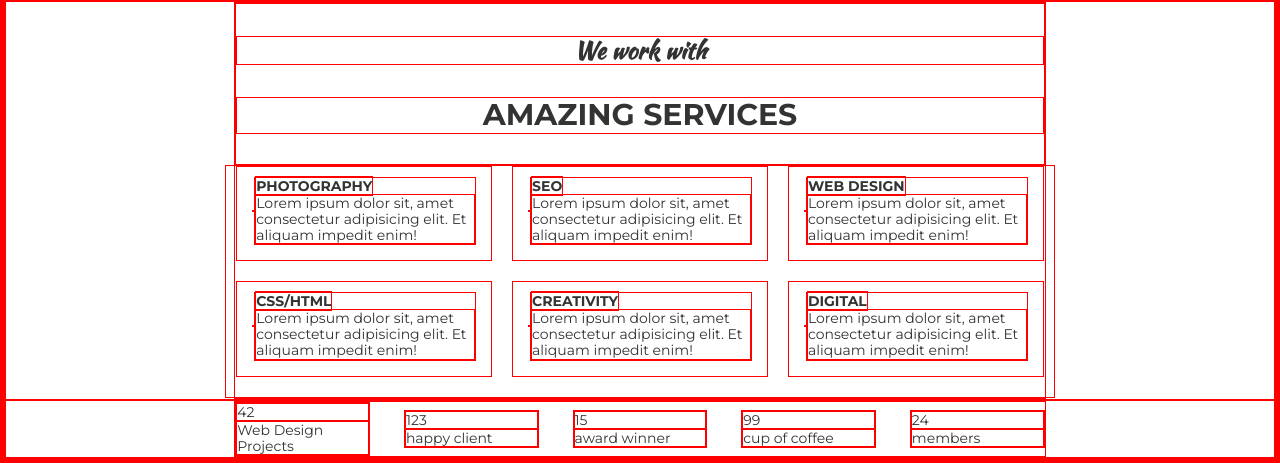
Repository: nataliiasaltan/Homework
Page: index.html
The author's editor kept a copy of each file at every save. The page is drawn from the files as they stood at one save, then again after the next save.
The browser window is 1280 px wide. The pictures show the part of the page from y = 901 to 1380 px (the page is 1364 px tall before and 1380 px after).

Above is the page before, as saved 2020-02-27 11:16:04.

After the next save:
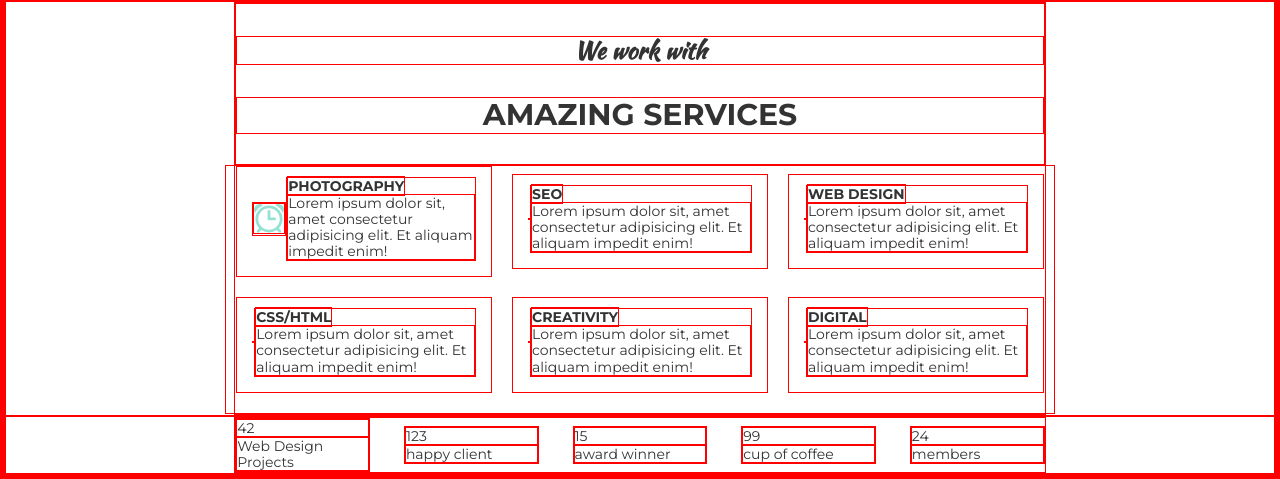
Saved 64 s later.
--- a/index.html
+++ b/index.html
@@ -61,7 +61,7 @@
                         <div class="development__wrapper">
                             <div class="development">
                                 <i class="icon-service">
-
+                                    <svg xmlns="http://www.w3.org/2000/svg" width="32" height="31" viewBox="0 0 32 31"><g><g><path fill="#95e1d3" d="M30.74 9.502a15.72 15.72 0 0 0-8.243-8.242c1-.787 2.258-1.26 3.629-1.26A5.874 5.874 0 0 1 32 5.874c0 1.37-.473 2.629-1.26 3.628zM30.5 16c0 3.853-1.512 7.344-3.963 9.94l2.029 2.028a1.483 1.483 0 1 1-2.097 2.098l-2.18-2.179A14.42 14.42 0 0 1 16 30.5a14.42 14.42 0 0 1-8.275-2.604L5.56 30.06a1.5 1.5 0 1 1-2.121-2.121l2.011-2.012C3.008 23.33 1.5 19.845 1.5 15.999 1.5 7.991 7.992 1.5 16 1.5S30.5 7.991 30.5 16zM16 4.5c-6.351 0-11.5 5.149-11.5 11.5 0 6.352 5.149 11.5 11.5 11.5S27.5 22.352 27.5 16C27.5 9.648 22.35 4.5 16 4.5zm6 13h-6a1.5 1.5 0 0 1-1.5-1.5V8a1.5 1.5 0 0 1 3 0v6.5H22a1.5 1.5 0 0 1 0 3zM1.287 9.705A5.969 5.969 0 0 1 0 6a6 6 0 0 1 6-6c1.4 0 2.685.484 3.706 1.288a16.053 16.053 0 0 0-8.419 8.418z"/></g></g></svg>
                                 </i>
                                 <div class="development__inner">
                                     <strong class="name">Photography</strong>
